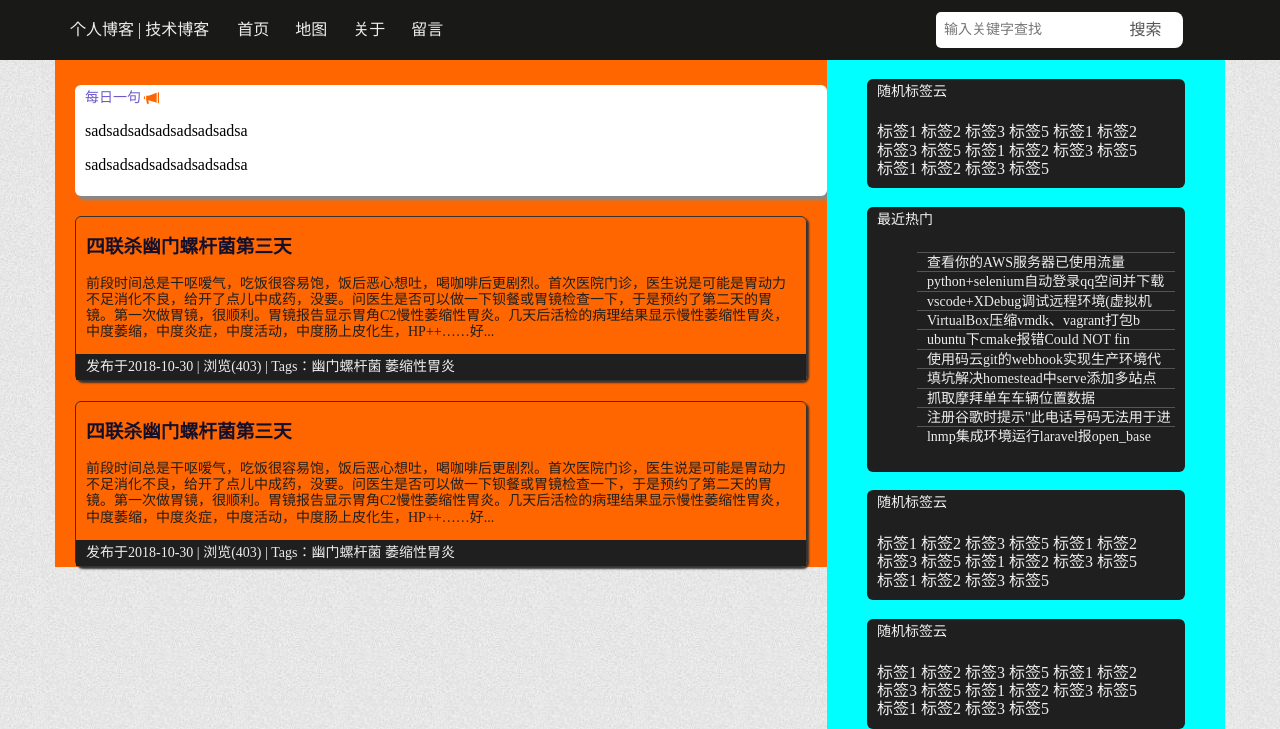
Repository: li1214/my_blog
Page: page/index.html
The author's editor kept a copy of each file at every save. The page is drawn from the files as they stood at one save, then again after the next save.
The browser window is 1280 px wide. The pictures show the whole page.

Above is the page before, as saved 2019-01-04 10:57:57.

After the next save:
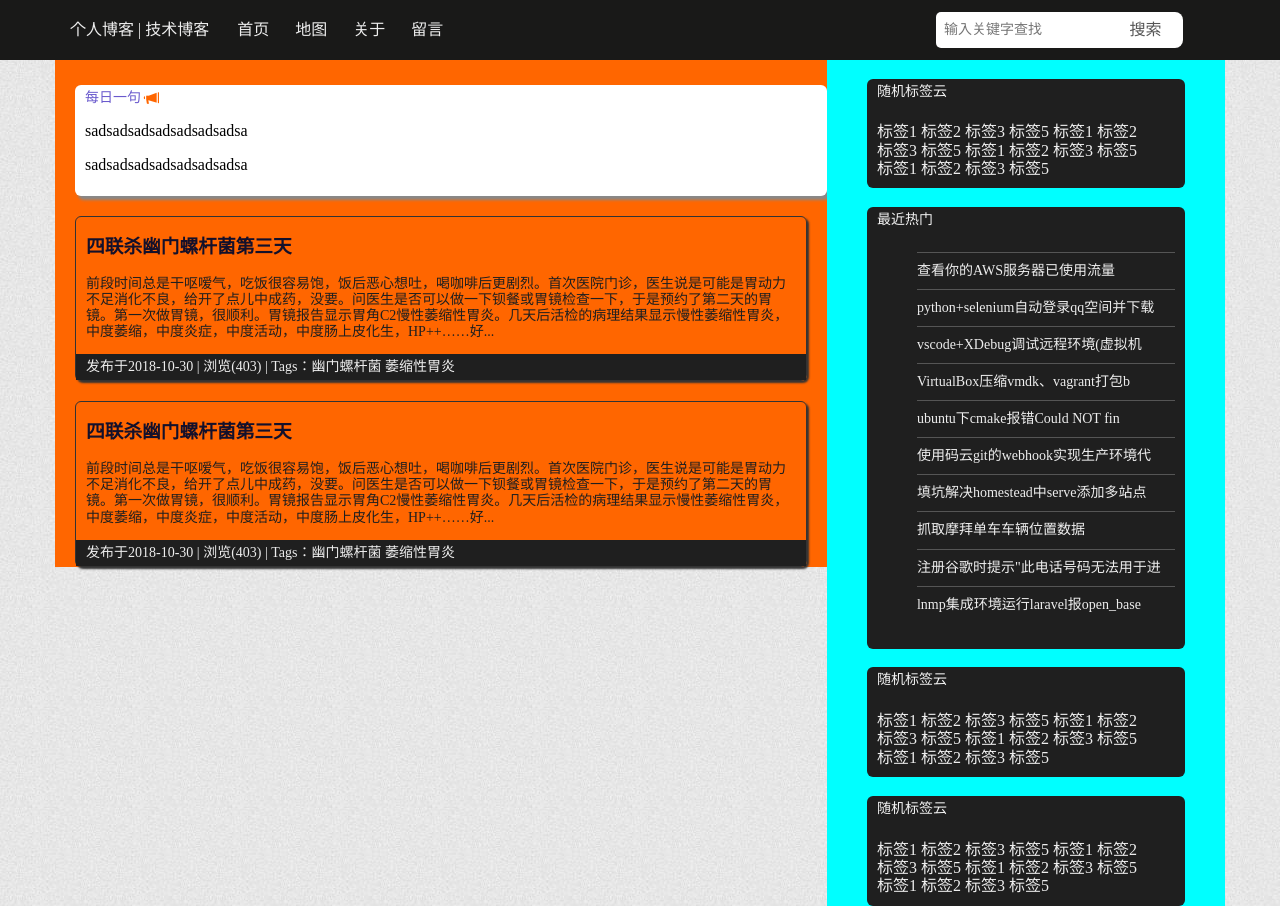
Saved 43 s later.
--- a/page/css/base.css
+++ b/page/css/base.css
@@ -283,5 +283,5 @@ header .container .search > button{
     font-size: 14px;
     display: inline-block;
     color: #eee;
-    padding: 0 10px;
-}
+    padding: 10px 0;
+}
